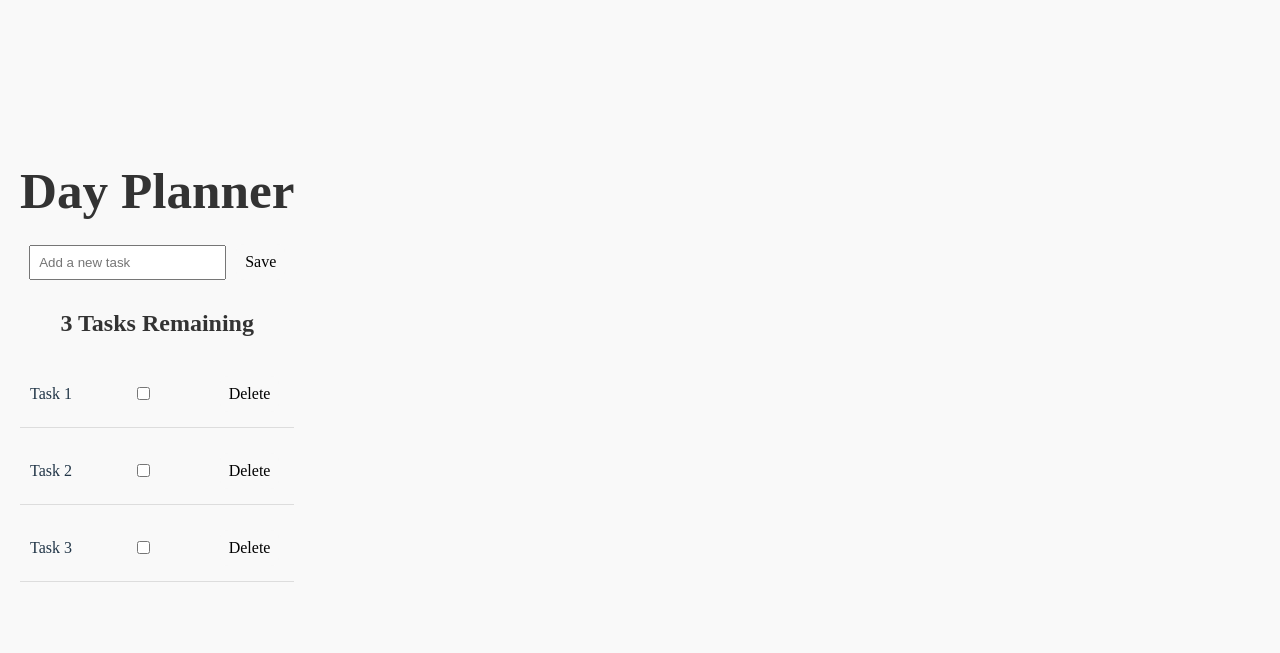
Repository: GavinPahal/Lab7
Page: /
The author's editor kept a copy of each file at every save. The page is drawn from the files as they stood at one save, then again after the next save.
The browser window is 1280 px wide. The pictures show the whole page.
The project was rebuilt for these pictures with package versions that can differ from the ones it lists, and the page was loaded fresh each time. Also part of the build but not shown: vite.config.js.

Above is the page before, as saved 2024-10-27 12:14:18.

### src/App.jsx
import React, { useState } from 'react';
import Task from './components/Task';
import TaskForm from './components/TaskForm';
import './App.css';

function App() {
  const [tasks, setTasks] = useState([
    { text: 'Task 1', isCompleted: false },
    { text: 'Task 2', isCompleted: false },
    { text: 'Task 3', isCompleted: false },
  ]);  // Initial 3 tasks

  const [showAll, setShowAll] = useState(false);  // State to toggle showing all tasks

  // Function to add a new task
  const addTask = (task) => {
    setTasks([...tasks, { text: task, isCompleted: false }]);
  };

  // Function to toggle task completion status
  const toggleTask = (index) => {
    const newTasks = [...tasks];
    newTasks[index].isCompleted = !newTasks[index].isCompleted;
    setTasks(newTasks);
  };

  // Function to delete a task
  const deleteTask = (index) => {
    const newTasks = tasks.filter((_, i) => i !== index);
    setTasks(newTasks);
  };

  // Get the count of pending tasks
  const pendingTasks = tasks.filter(task => !task.isCompleted).length;

  // Control how many tasks to display (first 3 or all)
  const tasksToDisplay = showAll ? tasks : tasks.slice(0, 3);

  return (
    <div className="app">
      <h1>Day Planner</h1>

      {/* TaskForm is now between the heading and task count */}
      <TaskForm addTask={addTask} />

      <h2>{pendingTasks} Tasks Remaining</h2>

      <div className="task-list">
        {tasksToDisplay.length > 0 ? (
          tasksToDisplay.map((task, index) => (
            <Task
              key={index}
              index={index}
              task={task}
              toggleTask={toggleTask}
              deleteTask={deleteTask}
            />
          ))
        ) : (
          <p>No tasks available. Add a new task above.</p>
        )}
      </div>

      {tasks.length > 3 && !showAll && (
        <button onClick={() => setShowAll(true)}>Show All Tasks</button>
      )}
    </div>
  );
}

export default App;

### src/components/Task.jsx
import React from 'react';

function Task({ task, index, toggleTask, deleteTask }) {
  return (
    <div className={`task ${task.isCompleted ? 'completed' : ''}`}>
      <span>{task.text}</span>
      <input
        type="checkbox"
        checked={task.isCompleted}
        onChange={() => toggleTask(index)}
      />
      <button onClick={() => deleteTask(index)}>Delete</button>
    </div>
  );
}

export default Task;

### src/components/TaskForm.jsx
import React, { useState } from 'react';

function TaskForm({ addTask }) {
  const [value, setValue] = useState('');

  const handleSubmit = (e) => {
    e.preventDefault();
    if (!value) return;
    addTask(value);
    setValue('');
  };

  return (
    <form onSubmit={handleSubmit} className="task-form">
      <input
        type="text"
        value={value}
        onChange={(e) => setValue(e.target.value)}
        placeholder="Add a new task"
      />
      <button type="submit">Save</button>  {/* Changed 'Add' to 'Save' */}
    </form>
  );
}

export default TaskForm;

### src/App.css
body {
  font-family: 'Times New Roman', serif;
  margin: 0;
  padding: 0;
  background-color: #f9f9f9;
}

.app {
  max-width: 400px;
  margin: 50px auto;
  padding: 20px;
  text-align: center;
}

h1, h2 {
  margin-bottom: 20px;
  color: #333;
}

.task-list {
  margin-top: 20px;
}

.task {
  display: flex;
  justify-content: space-between;
  align-items: center;
  padding: 10px;
  margin-bottom: 10px;
  border-bottom: 1px solid #ddd;
}

.task.completed {
  text-decoration: line-through;
  color: #aaa;
}

/* Style the Save button */
.save-button {
  background-color: green; /* Green background */
  color: white; /* White text */
  padding: 10px; /* Padding for height */
  border: none; /* No border */
  cursor: pointer;
  font-size: 16px;
  width: 100%; /* Full width for a rectangle shape */
}

input[type="text"], button {
  padding: 8px;
  margin: 5px;
}

Loaded but not shown: index.html (common file); src/main.jsx (common file); src/index.css (common file)

After the next save:
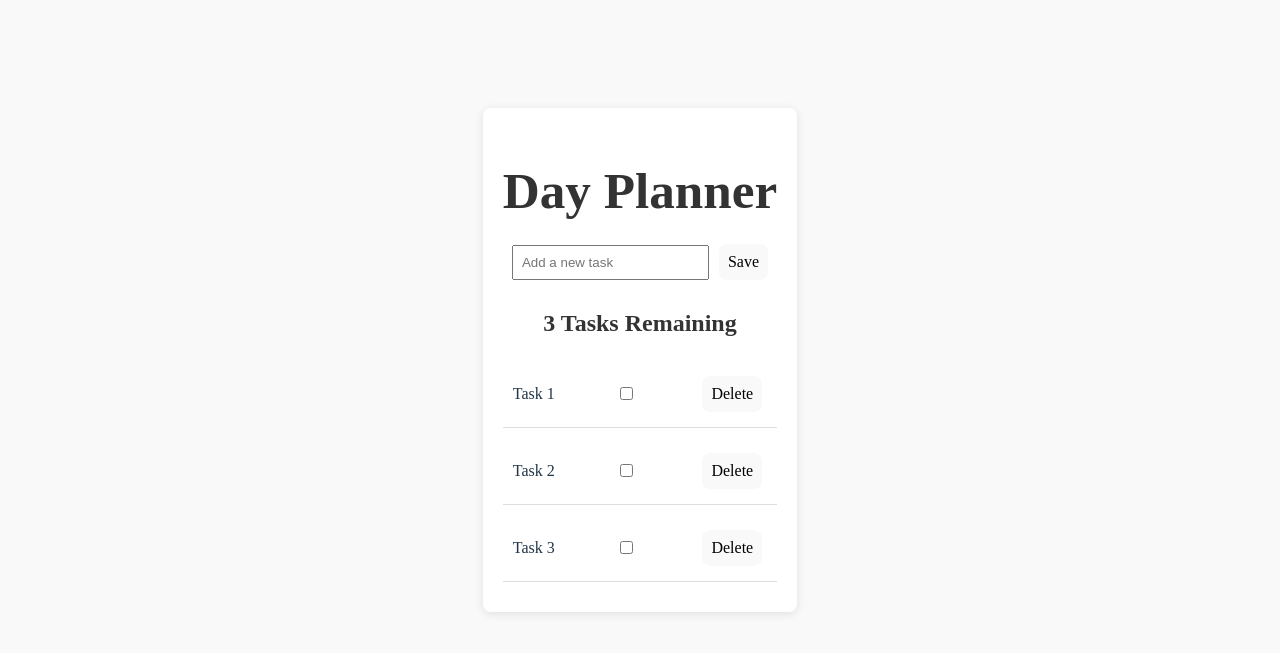
Saved 61 s later.
--- a/src/App.css
+++ b/src/App.css
@@ -3,13 +3,19 @@ body {
   margin: 0;
   padding: 0;
   background-color: #f9f9f9;
+  display: flex; /* Use flexbox for centering */
+  justify-content: center; /* Center horizontally */
+  align-items: center; /* Center vertically */
+  height: 100vh; /* Full viewport height */
 }
 
 .app {
   max-width: 400px;
-  margin: 50px auto;
   padding: 20px;
-  text-align: center;
+  text-align: center; /* Center text within the app */
+  background-color: white; /* Optional: Set a white background for better contrast */
+  border-radius: 8px; /* Optional: Rounded corners */
+  box-shadow: 0 2px 10px rgba(0, 0, 0, 0.1); /* Optional: Add shadow for depth */
 }
 
 h1, h2 {
